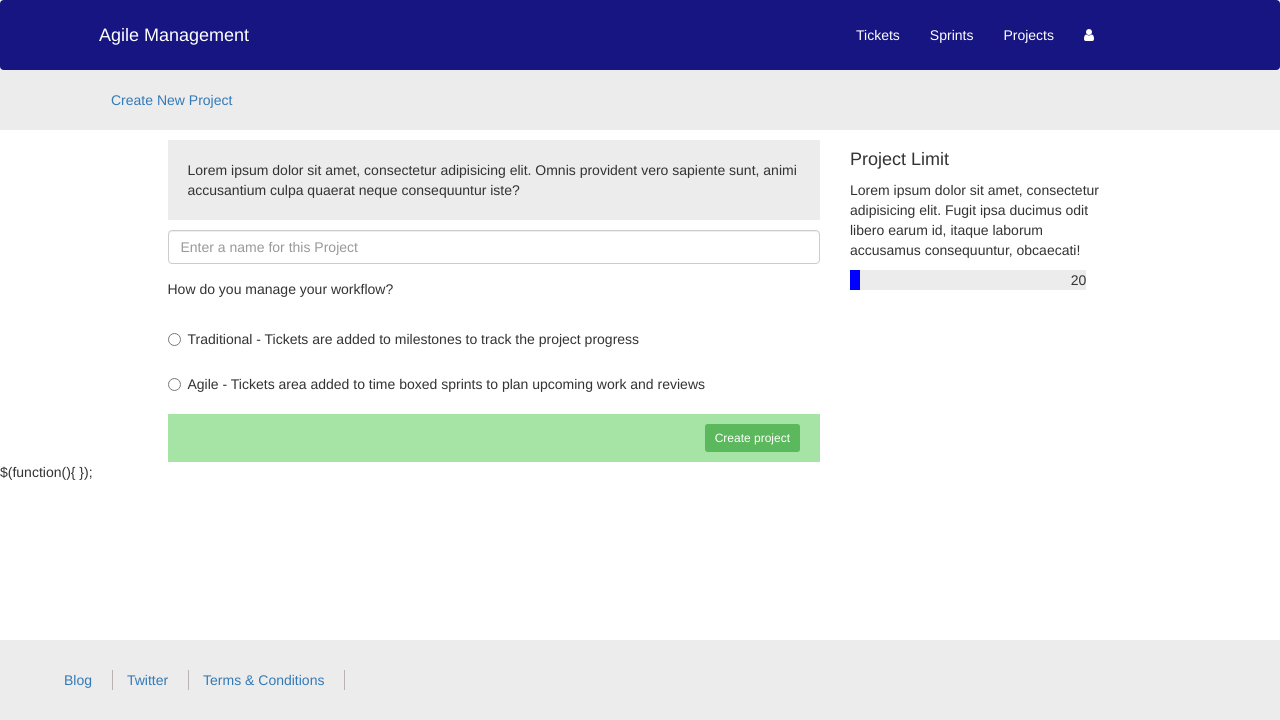
Repository: princexavier/agil
Page: http://localhost/Agile/project.jsp
An editor plug-in stored every save of this project. The page is shown before and after the next save, followed by the edit.
The browser window is 1280 px wide. The pictures show the whole page.
Some web libraries are served in a nearby version. The page is served by Tomcat 9. Other server files are loaded and not shown.

Above is the page before, as saved 2018-01-19 09:18:12.

### workspace/Agile/WebContent/project.jsp
<%@ page language="java" contentType="text/html; charset=ISO-8859-1"
    pageEncoding="ISO-8859-1"%>

<!DOCTYPE html>
<html lang="en">

<head>
    <meta charset="UTF-8">
    <title>agile</title>
    <link rel="stylesheet" href="https://maxcdn.bootstrapcdn.com/bootstrap/3.3.7/css/bootstrap.min.css">
    <!-- jQuery library -->
    <script src="https://ajax.googleapis.com/ajax/libs/jquery/3.2.1/jquery.min.js"></script>
    <!-- Latest compiled JavaScript -->
    <script src="https://maxcdn.bootstrapcdn.com/bootstrap/3.3.7/js/bootstrap.min.js"></script>
    <link rel="stylesheet" href="css/style.css">
    <link rel="stylesheet" href="https://maxcdn.bootstrapcdn.com/font-awesome/4.7.0/css/font-awesome.min.css">
</head>

<body>
    <header>
        <nav class="navbar navbar-default">
            <div class="container-fluid">
                <div class="navbar-header">
                    <a class="navbar-brand" href="#">Agile Management</a>
                </div>
                <ul class="nav navbar-nav">
                    <li><a href="ticket.html">Tickets</a></li>
                    <li><a href="ticket.html">Sprints</a></li>
                    <li><a href="#">Projects</a></li>
                    <li><a href="#" class="user"><i class="fa fa-user"></i><%session.getAttribute("email");%></a></li>

                </ul>
            </div>
        </nav>
    </header>
    <ul class="dashboard clearfix">
        <li class="divider-2">
            <a href="#" class="dash-title">Create New Project</a>
        </li>
    </ul>
    <div class="container">
        <div class="row">
            <div class="col-md-1 col=sm-12"></div>
            <div class="col-md-7 col=sm-12 left-content">
                <p class="auth">Lorem ipsum dolor sit amet, consectetur adipisicing elit. Omnis provident vero sapiente sunt, animi accusantium culpa quaerat neque consequuntur iste?</p>
                <div class="form-group">
                    <input type="text" placeholder="Enter a name for this Project" class="form-control" id="pwd">
                </div>
                <span>How  do you manage your workflow?</span>
                <div class="radio lab-title">
                    <label>
                        <input type="radio" name="optradio">Traditional - Tickets are added to milestones to track the project progress</label>
                </div>
                <div class="radio">
                    <label>
                        <input type="radio" name="optradio">Agile - Tickets area added to time boxed sprints to plan upcoming work and reviews</label>
                </div>
                <div class="bg clearfix">
                    <a href="ticket.html">
                        <button class="btn btn-success btn-sm">Create project</button>
                    </a>
                </div>
            </div>
            <div class="col-md-3 col=sm-12">
                <h4>Project Limit</h4>
                <p>Lorem ipsum dolor sit amet, consectetur adipisicing elit. Fugit ipsa ducimus odit libero earum id, itaque laborum accusamus consequuntur, obcaecati!</p>
                <div class="bar clearfix">
                    <span>20</span>
                </div>
            </div>
            <div class="col-md-1 col=sm-12"></div>
        </div>
    </div>
    <footer>
        <ul class="foot-content">
            <li>
                <a href="#">Blog</a>
            </li>
            <li>
                <a href="#">Twitter</a>
            </li>
            <li>
                <a href="#">Terms & Conditions</a>
            </li>
        </ul>
    </footer>

    $(function(){


    });
</body>

</html>

### workspace/Agile/WebContent/css/style.css
* {
	margin: 0px;
	padding: 0px;
	text-decoration: none;
	list-style-type: none;
}

a:hover {
	text-decoration: none;
}

.reg-form {
	margin-top: 40%;
}

.sign-up {
	outline:none;
	border: none;
	display: block;
	width: 100%;
	padding: 13px;
	border-radius: 40px;
	background: #161582;
	color: #fff;
}
.reg-form h2{
	margin-top: 20%;
    margin-bottom: 5%;
    text-align: center;
}
.reg-form span{
	display:block;
	padding-top:22px;
	padding-bottom:22px;
	text-align:center;
}
.reg-form input {
	cursor: pointer;
	padding-bottom: 10px;
	margin-bottom: 20px;
	outline: none;
	display: block;
	width: 100%;
	border: none;
	border-bottom: 1px solid #c7bdbd;
	transition: 0.8s ease;
}

.reg-form input:focus {
	border-bottom: 1px solid #161582;
}

.divider-1 {
	display: inline-block;
	width: calc(100%/ 1);
	float: left;
}

.divider-2 {
	display: inline-block;
	width: calc(100%/ 2);
	float: left;
}

.color {
	color: #161582;
	padding-right: 5px;
	cursor: pointer;
	transition: 0.2s ease-in-out;
}

.color:hover {
	color: #16158261;
}

.clearfix:after {
	content: "";
	display: block;
	clear: both;
}

.navbar-nav {
	float: right;
	margin-right: 100px;
}

.navbar-default {
	border: none;
	padding: 10px 56px 10px 84px;
	background: #161582;
	margin-bottom: 0px;
}

.navbar-brand,.navbar-nav>li>a {
	color: #fff !important;
}

nav .active a {
	background-color: transparent !important;
}

.dashboard {
	padding: 20px 0px;
	background: #ececec;
}

.dash-title {
	padding-left: 111px;
}

.auth {
	background: #ececec;
	padding: 20px;
}

.left-content>span {
	display: block;
}

.lab-title {
	padding: 20px 0px;
}

.bg {
	margin-top: 20px;
	padding: 10px 0px;
	background: #a6e4a6;
}

.bg a>button {
	float: right;
	margin-right: 20px;
	border: none;
}

footer {
	position: fixed;
	bottom: 0px;
	width: 100%;
	padding: 20px 0px;
	background: #ececec;
}

.right-bor {
	border-right: 1px solid #ececec;
}

.foot-content:first-child {
	margin-left: 64px;
	margin-top: 10px;
}

.foot-content li {
	border-right: 1px solid #a79a9ab8;
	padding-right: 20px;
	display: inline-block;
	margin-right: 10px;
}

.bar {
	width: 90%;
	background: #ececec;
	border-left: 10px solid blue;
}

.bar>span {
	float: right;
}

/*Ticket page style */
.btn-style {
	border: none;
	color: #fff;
	outline: none;
	background: #161582;
	transition: 0.5s ease-in-out;
}

.first-btn {
	margin-left: 150px
}

.btn-style:hover {
	background: #161582a8;
}

.icon-style {
	padding-right: 10px;
}

.events {

}

.list-style {
	padding: 10px 0px;
}

/*New ticket page style*/
.cs-btn {
	padding: 11px 10px;
	margin-left: 150px;
	color: #ffff;
	background: #161582;
	transition: 0.5s ease-in-out;
}

.cs-btn:hover {
	background: #1615825c;
	color: #fff;
}

textarea {
	resize: none;
}

.nav-tabs {
	margin-bottom: 50px;
}

label {
	font-weight: 300;
}

.btn-primary {
	background-color: #161582;
}

#menu4>p {
	padding: 20px 10px;
	background: #ececec;
	margin-bottom: 40px;
}

input[type="date"] {
	border-radius: 4px;
}

After the next save:
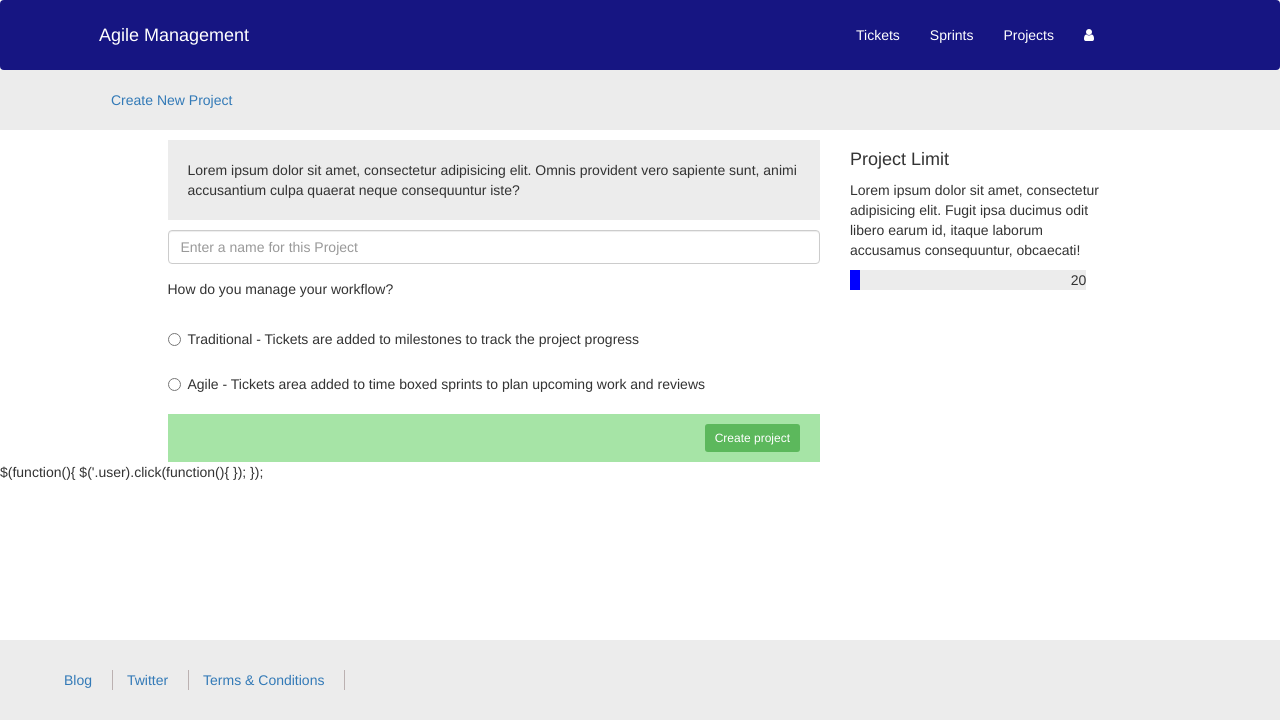
Saved 96 s later.
--- a/workspace/Agile/WebContent/project.jsp
+++ b/workspace/Agile/WebContent/project.jsp
@@ -87,6 +87,11 @@
 
     $(function(){
 
+    $('.user).click(function(){
+
+
+
+    });
 
     });
 </body>
